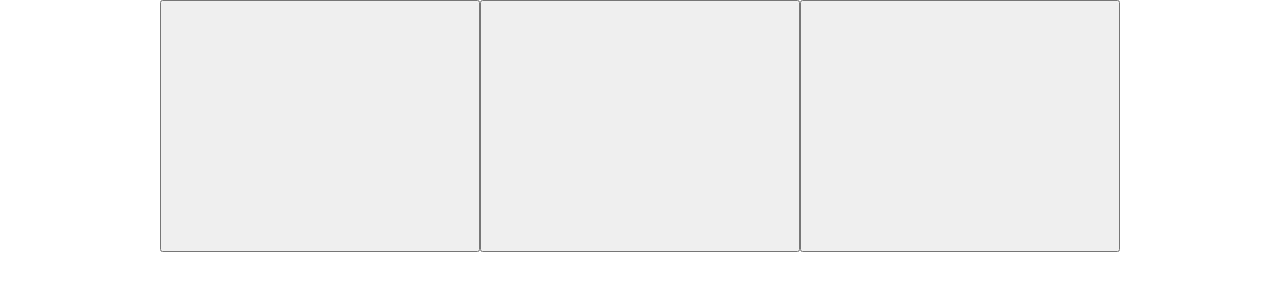
Repository: napan24/tic-tac-toe
Page: /
These files come from the project's save history. The page is drawn as it stood at one moment and after the next save; the edit follows.
The browser window is 1280 px wide. The pictures show the whole page.
The project was rebuilt for these pictures with package versions that can differ from the ones it lists, and the page was loaded fresh each time. Also part of the build but not shown: src/App.css.

Above is the page before, as saved 2022-06-12 11:41:46.

After the next save:
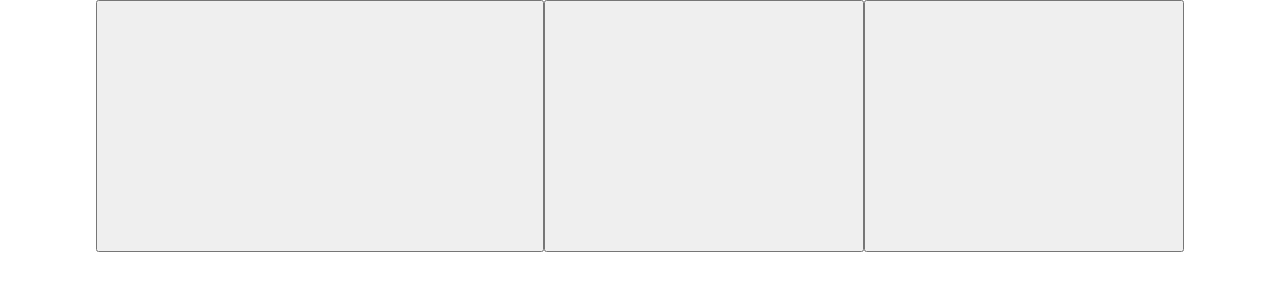
Saved 9 s later.
--- a/src/App.js
+++ b/src/App.js
@@ -9,7 +9,7 @@ import './tik.css';
 function App() {
   return (
     <div className="row" style={{display:"flex",justifyContent:"center",alignContent:"center"}}>
-      <button className="column" style={{height:"35vh"}}></button>
+      <button className="column" style={{height:"35vh",width:"35vw"}}></button>
       <button className="column"></button>
       <button className="column"></button>
     </div>
